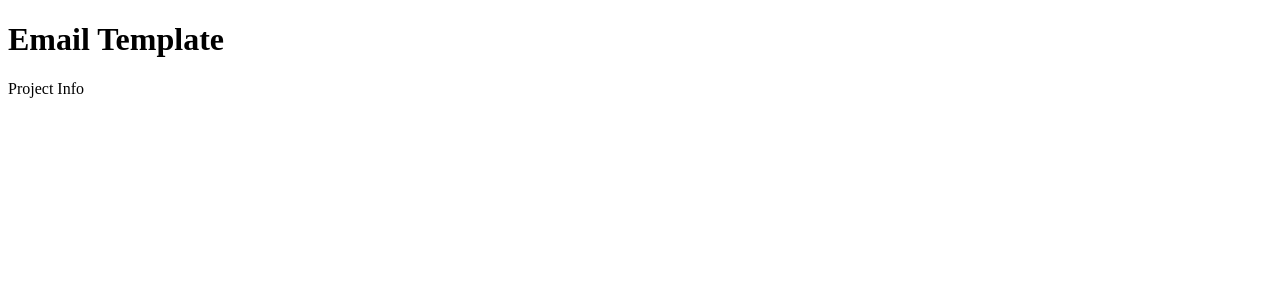
Repository: MikeeBuilds/email-template
Page: index.html
These files come from the project's save history. The page is drawn as it stood at one moment and after the next save; the edit follows.
The browser window is 1280 px wide. The pictures show the whole page.

Above is the page before, as saved 2022-11-21 15:28:51.

### index.html
<!DOCTYPE html>
<html lang="en" xmlns="http://www.w3.org./1999/xhtml" xmlns:0="urn:schemas-microsoft-com:office:office">
<head>
    <meta charset="UTF-8">
    <meta http-equiv="X-UA-Compatible" content="IE=edge">

    <meta name="viewport" content="width=device-width, initial-scale=1.0">
    <link rel="stylesheet" href="styles.css">
    <title>Emal Template</title>
</head>
<body>
    <h1>Email Template</h1>
    <p>Project Info</p>
</body>
</html>

Loaded but not shown: styles.css (no stored copy; drawn as an empty file)

After the next save:
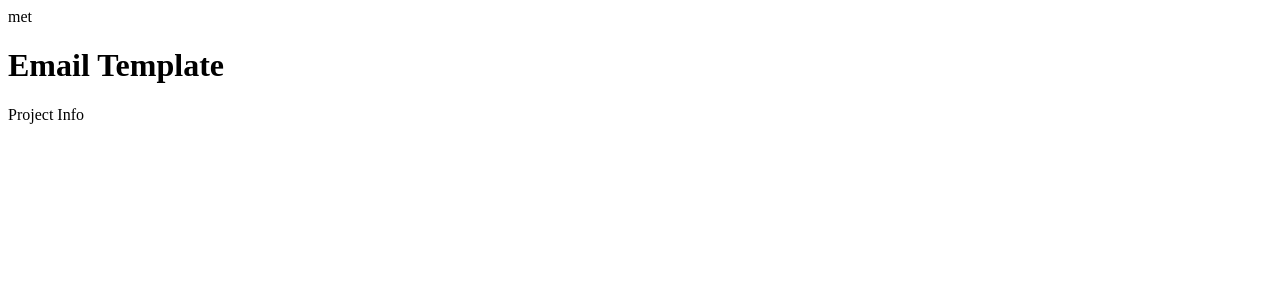
Saved 5 s later.
--- a/index.html
+++ b/index.html
@@ -3,7 +3,7 @@
 <head>
     <meta charset="UTF-8">
     <meta http-equiv="X-UA-Compatible" content="IE=edge">
-
+    met
     <meta name="viewport" content="width=device-width, initial-scale=1.0">
     <link rel="stylesheet" href="styles.css">
     <title>Emal Template</title>

After the 2 saves that followed:
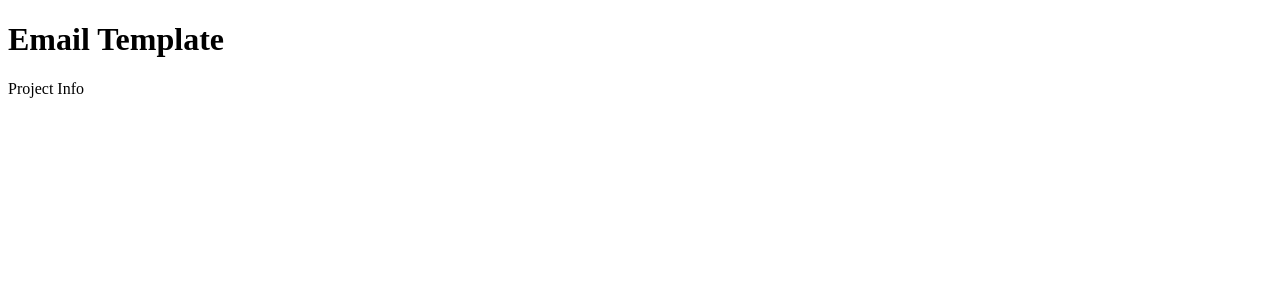
The 2 saves are shown as one change because they came seconds apart.
The last was saved 8 s later.
--- a/index.html
+++ b/index.html
@@ -3,7 +3,7 @@
 <head>
     <meta charset="UTF-8">
     <meta http-equiv="X-UA-Compatible" content="IE=edge">
-    met
+    <meta
     <meta name="viewport" content="width=device-width, initial-scale=1.0">
     <link rel="stylesheet" href="styles.css">
     <title>Emal Template</title>
